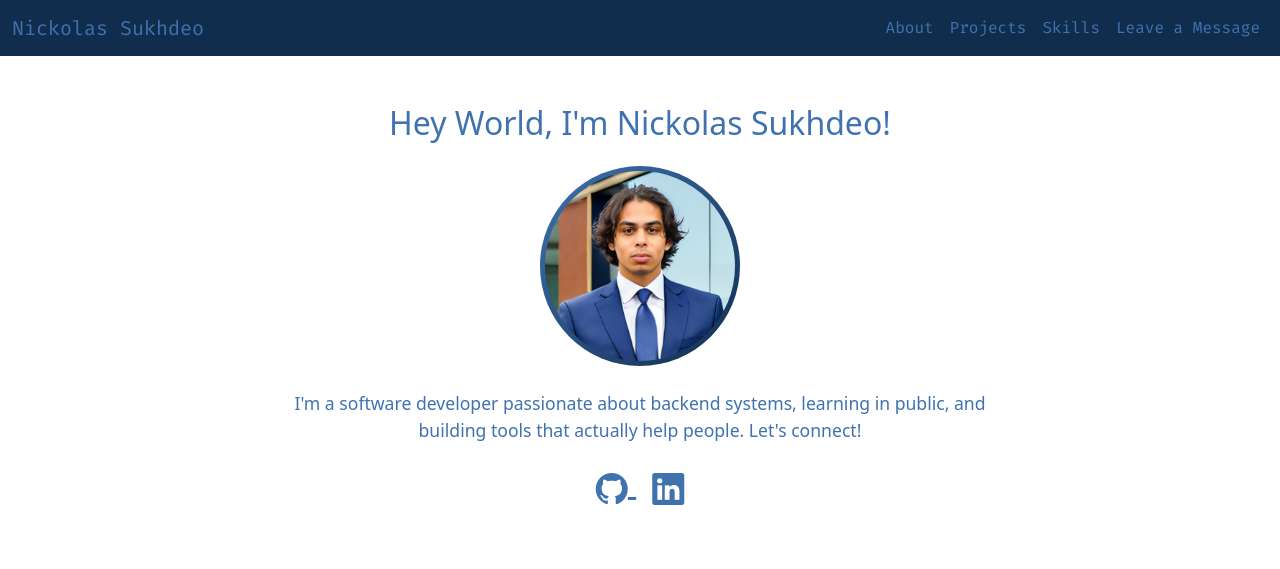
Repository: nlsukhde/porfolio
Page: index.html
These files come from the project's save history. The page is drawn as it stood at one moment and after the next save; the edit follows.
The browser window is 1280 px wide. The pictures show the whole page.

Above is the page before, as saved 2025-06-19 18:28:35.

### index.html
<!DOCTYPE html>
<html lang="en">
<head>
    <meta charset="UTF-8">
    <meta name="viewport" content="width=device-width, initial-scale=1.0">

    <!-- Google Fonts -->
    <link rel="preconnect" href="https://fonts.googleapis.com">
    <link rel="preconnect" href="https://fonts.gstatic.com" crossorigin>
    <link href="https://fonts.googleapis.com/css2?family=Fira+Code:wght@300..700&family=Raleway:ital,wght@0,100..900;1,100..900&family=Roboto+Condensed:ital,wght@0,100..900;1,100..900&display=swap" rel="stylesheet">

    <!-- Your CSS (must come after fonts) -->
    <link rel="stylesheet" href="app.css">

    <!-- Bootstrap CSS -->
    <link href="https://cdn.jsdelivr.net/npm/bootstrap@5.3.7/dist/css/bootstrap.min.css" rel="stylesheet" integrity="sha384-LN+7fdVzj6u52u30Kp6M/trliBMCMKTyK833zpbD+pXdCLuTusPj697FH4R/5mcr" crossorigin="anonymous">
    <link href="https://cdn.jsdelivr.net/npm/bootstrap-icons@1.10.5/font/bootstrap-icons.css" rel="stylesheet">

    <title>Nickolas Sukhdeo Portfolio</title>
</head>

<body>
    <script src="https://cdn.jsdelivr.net/npm/bootstrap@5.3.7/dist/js/bootstrap.bundle.min.js" integrity="sha384-ndDqU0Gzau9qJ1lfW4pNLlhNTkCfHzAVBReH9diLvGRem5+R9g2FzA8ZGN954O5Q" crossorigin="anonymous"></script>

    <nav class="navbar navbar-expand-lg bg-body-tertiary">
  <div class="container-fluid">
    <a class="navbar-brand" href="#">Nickolas Sukhdeo</a>
    <button class="navbar-toggler" type="button" data-bs-toggle="collapse" data-bs-target="#navbarNav" aria-controls="navbarNav" aria-expanded="false" aria-label="Toggle navigation">
      <span class="navbar-toggler-icon"></span>
    </button>
    <div class="collapse navbar-collapse" id="navbarNav">
      <ul class="navbar-nav ms-auto">
        <li class="nav-item">
          <a class="nav-link active" aria-current="page" href="#">About</a>
        </li>
        <li class="nav-item">
          <a class="nav-link" href="#">Projects</a>
        </li>
        <li class="nav-item">
          <a class="nav-link" href="#">Skills</a>
        </li>
        <li class="nav-item">
          <a class="nav-link" >Leave a Message</a>
        </li>
      </ul>
    </div>
  </div>
</nav>

<section id="about-section" class="text-center container py-5">
  <h2>Hey World, I'm Nickolas Sukhdeo!</h2>

  <div class="headshot-wrapper mx-auto my-4">
    <img src="headshot.png" alt="headshot" class="headshot-img">
  </div>

  <div class="bio px-3">
    <p>
      I'm a software developer passionate about backend systems, learning in public, and building tools that actually help people. Let's connect!
    </p>
  </div>

  <div class="social-links mt-3">
  <a href="https://github.com/YOUR_USERNAME" target="_blank" class="social-icon me-3">
    <span class="bi bi-github"></span>
  </a>
  <a href="https://linkedin.com/in/YOUR_USERNAME" target="_blank" class="social-icon">
    <span class="bi bi-linkedin"></span>
  </a>
</div>

</section>

</body>
</html>

### app.css
:root {
  --color-bg: #F9F7F7;
  --color-accent: #DBE2EF;
  --color-text: #3F72AF;
  --color-bg-secondary: #112D4E;
}


body{
  background-color: var(--color-bg);
  color: var(--color-text)!important;
  /* font-family: "Fira Code", monospace !important; */
}

.bi {
  font-family: "bootstrap-icons" !important;
  font-style: normal;
  font-weight: normal;
}

.navbar, .navbar-brand, .nav-link {
  font-family: "Fira Code", monospace !important;
  color: var(--color-text) !important;
}

.navbar.bg-body-tertiary {
  background-color: var(--color-bg-secondary) !important;
}


/* Gradient circular headshot */
.headshot-wrapper {
  width: 200px;
  height: 200px;
  border-radius: 50%;
  background: linear-gradient(135deg, #3F72AF, #112D4E);
  padding: 5px;
  overflow: hidden;
  transition: transform 0.3s ease;
}

.headshot-wrapper:hover {
  transform: scale(1.05);
}

.headshot-img {
  width: 100%;
  height: 100%;
  object-fit: cover;
  border-radius: 50%;
  transition: transform 0.3s ease;
}

.headshot-img:hover {
  transform: scale(1.1);
}

/* Bio text */
.bio p {
  max-width: 700px;
  margin: 0 auto;
  font-size: 1.1rem;
  color: var(--color-text);
}

/* Social icon styles */
.social-links {
  font-size: 2rem;
}

.social-icon {
  color: var(--color-text);
  transition: color 0.3s ease;
}

.social-icon:hover {
  color: var(--color-accent);
}

.social-icon .bi {
  font-family: "bootstrap-icons" !important;
  font-style: normal;
  font-weight: normal;
  line-height: 1;
  vertical-align: middle;
}

After the next save:
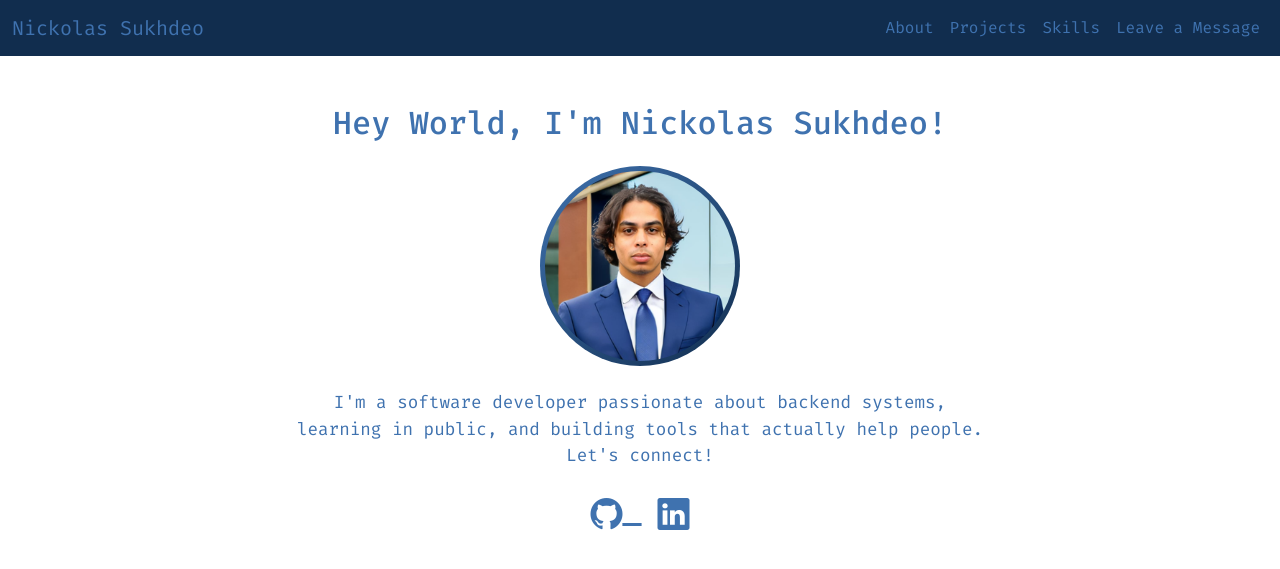
Saved 12 s later.
--- a/app.css
+++ b/app.css
@@ -9,7 +9,7 @@
 body{
   background-color: var(--color-bg);
   color: var(--color-text)!important;
-  /* font-family: "Fira Code", monospace !important; */
+  font-family: "Fira Code", monospace !important;
 }
 
 .bi {

After the 2 saves that followed:
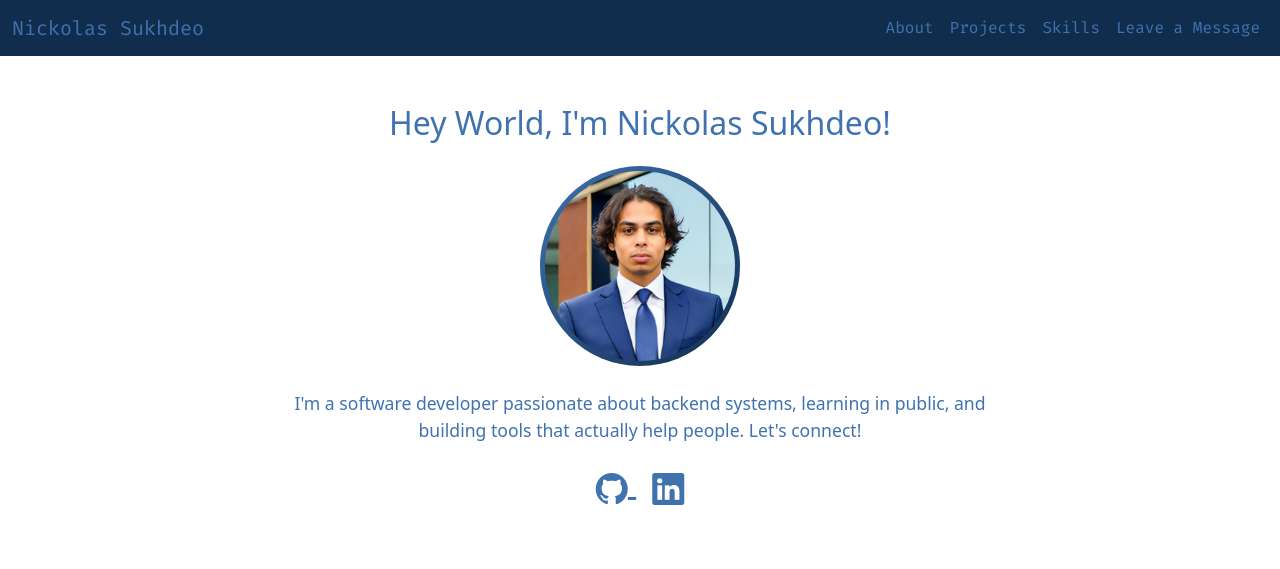
The 2 saves are shown as one change because 1 left the picture as it was.
The last was saved 32 s later.
--- a/app.css
+++ b/app.css
@@ -9,14 +9,18 @@
 body{
   background-color: var(--color-bg);
   color: var(--color-text)!important;
-  font-family: "Fira Code", monospace !important;
+  font-family: "Fira Code", !important;
 }
 
 .bi {
   font-family: "bootstrap-icons" !important;
-  font-style: normal;
-  font-weight: normal;
+  font-style: normal !important;
+  font-weight: normal !important;
+  font-size: 2rem;
+  line-height: 1;
+  vertical-align: middle;
 }
+
 
 .navbar, .navbar-brand, .nav-link {
   font-family: "Fira Code", monospace !important;
